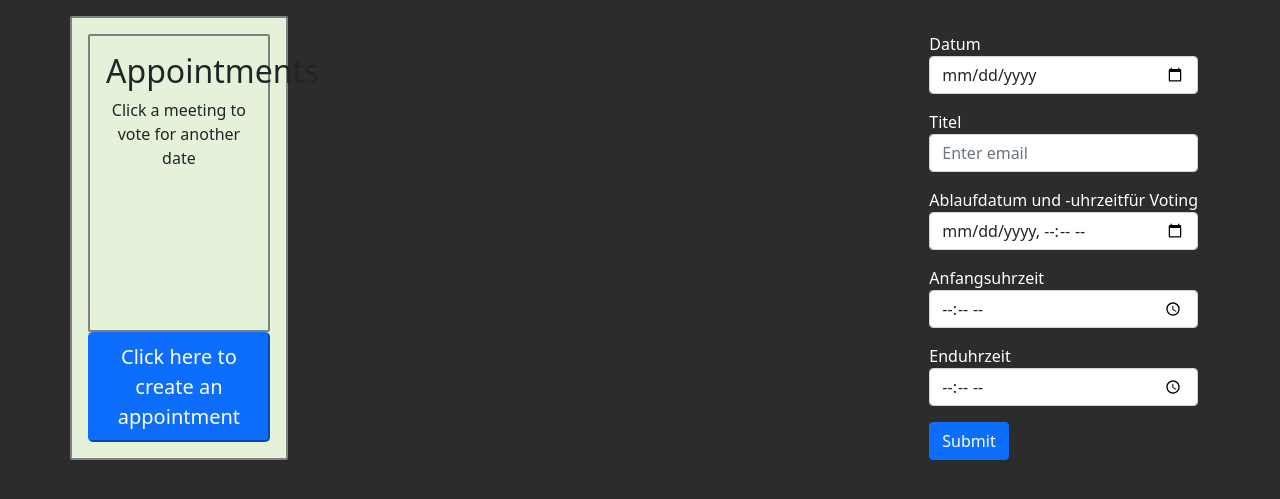
Repository: wlichon/Semesterprojekt
Page: index.html
These files come from the project's save history. The page is drawn as it stood at one moment and after the next save; the edit follows.
The browser window is 1280 px wide. The pictures show the whole page.
The page's requests for data from a server got no answer. Some web libraries are served in a nearby version.

Above is the page before, as saved 2022-04-22 20:51:18.

After the next save:
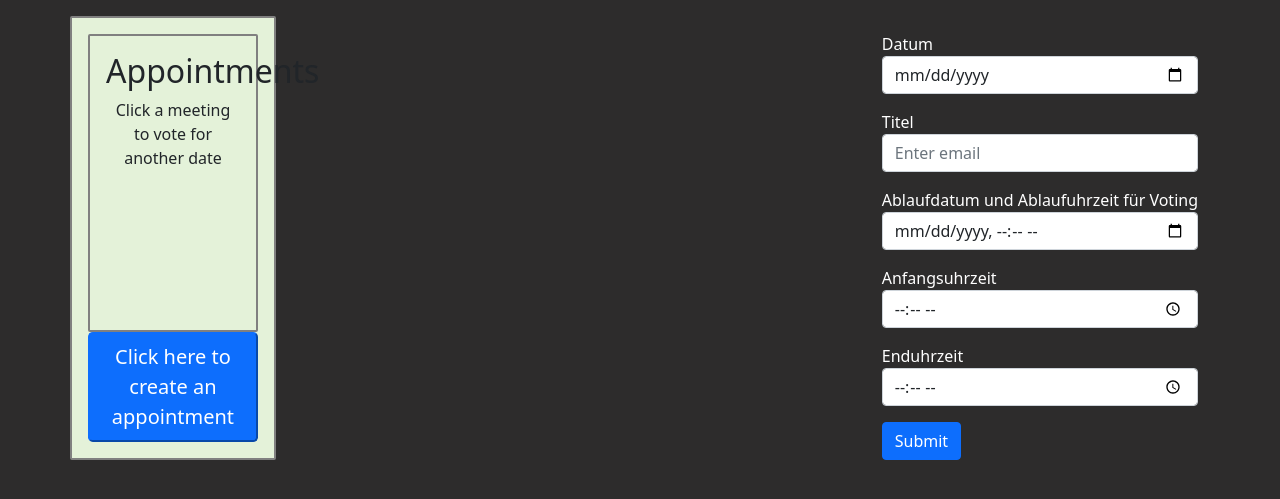
Saved 23 s later.
--- a/index.html
+++ b/index.html
@@ -90,7 +90,7 @@
                 <input type="text" class="form-control" id="exampleInputEmail1" aria-describedby="emailHelp" placeholder="Enter email">
             </div>
               <div class="form-group">
-                <label for="exampleInputEmail1" class ="text-white mt-3">Ablaufdatum und -uhrzeitfür Voting</label>
+                <label for="exampleInputEmail1" class ="text-white mt-3">Ablaufdatum und Ablaufuhrzeit für Voting</label>
                 <input type="datetime-local" class="form-control" id="exampleInputEmail1" aria-describedby="emailHelp">
             </div>
               <div class="form-group">
